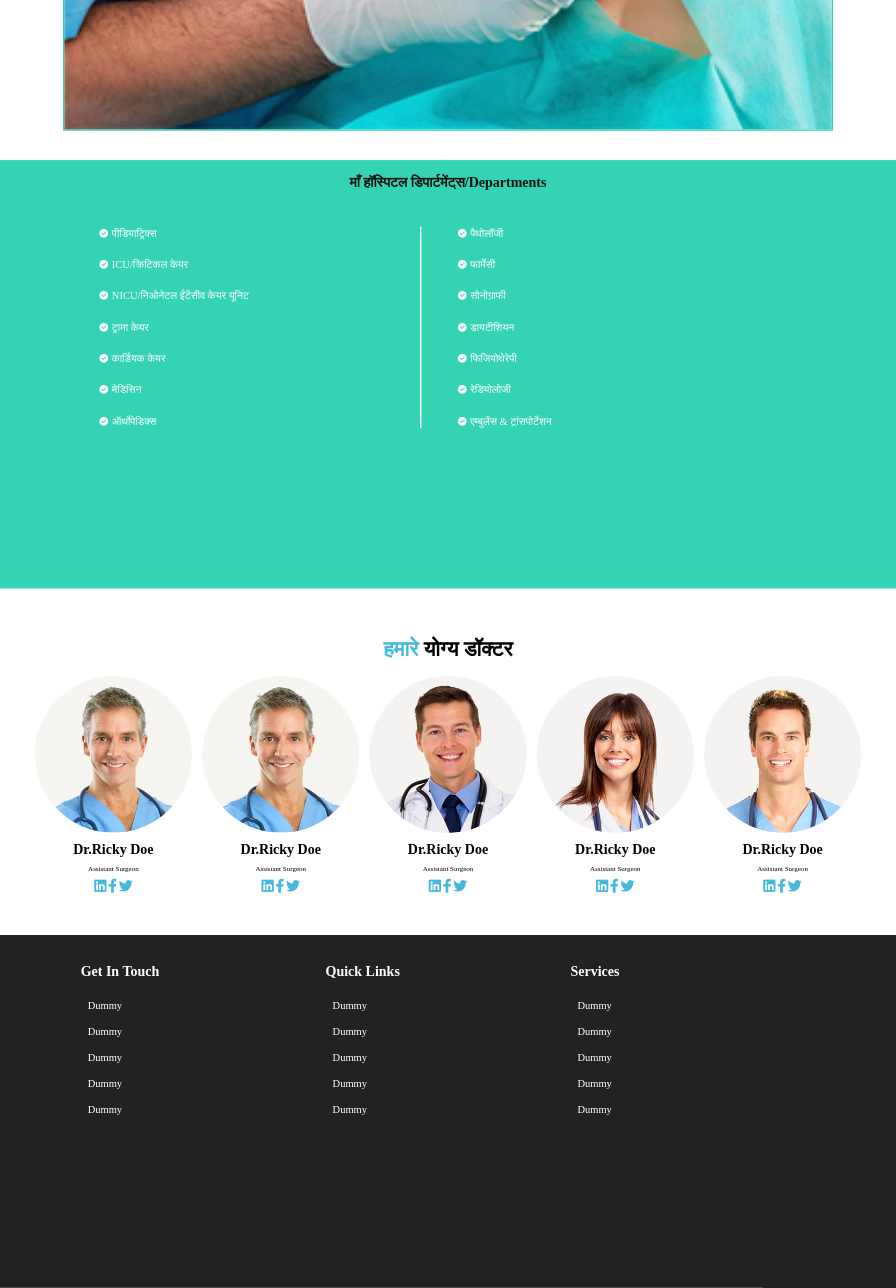
Repository: Aayush919/test
Page: index.html
An editor plug-in stored every save of this project. The page is shown before and after the next save, followed by the edit.
The browser window is 1280 px wide. The pictures show the part of the page from y = 2154 to 4074 px (the page is 3994 px tall before and 4074 px after), at 70% of full size.

Above is the page before, as saved 2023-10-15 09:06:23.

After the next save:
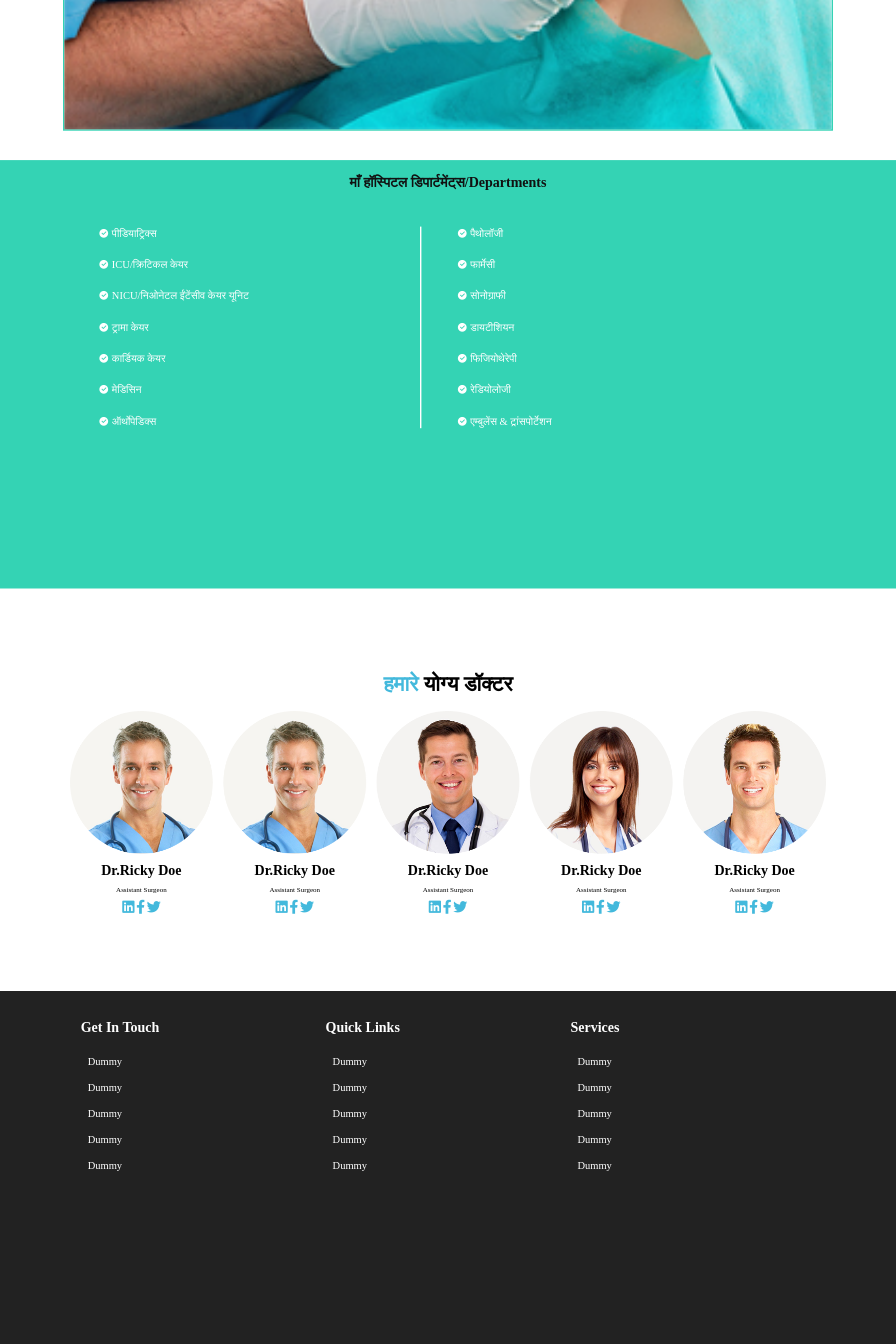
Saved 5 s later.
--- a/style.css
+++ b/style.css
@@ -215,7 +215,7 @@ header .navbar.active{
     width: 100%;
 } */
 .ourteam-section{
-    padding: 5rem;
+    padding: 10rem;
 }
 .ourteam-section h2{
     padding: 2rem;
